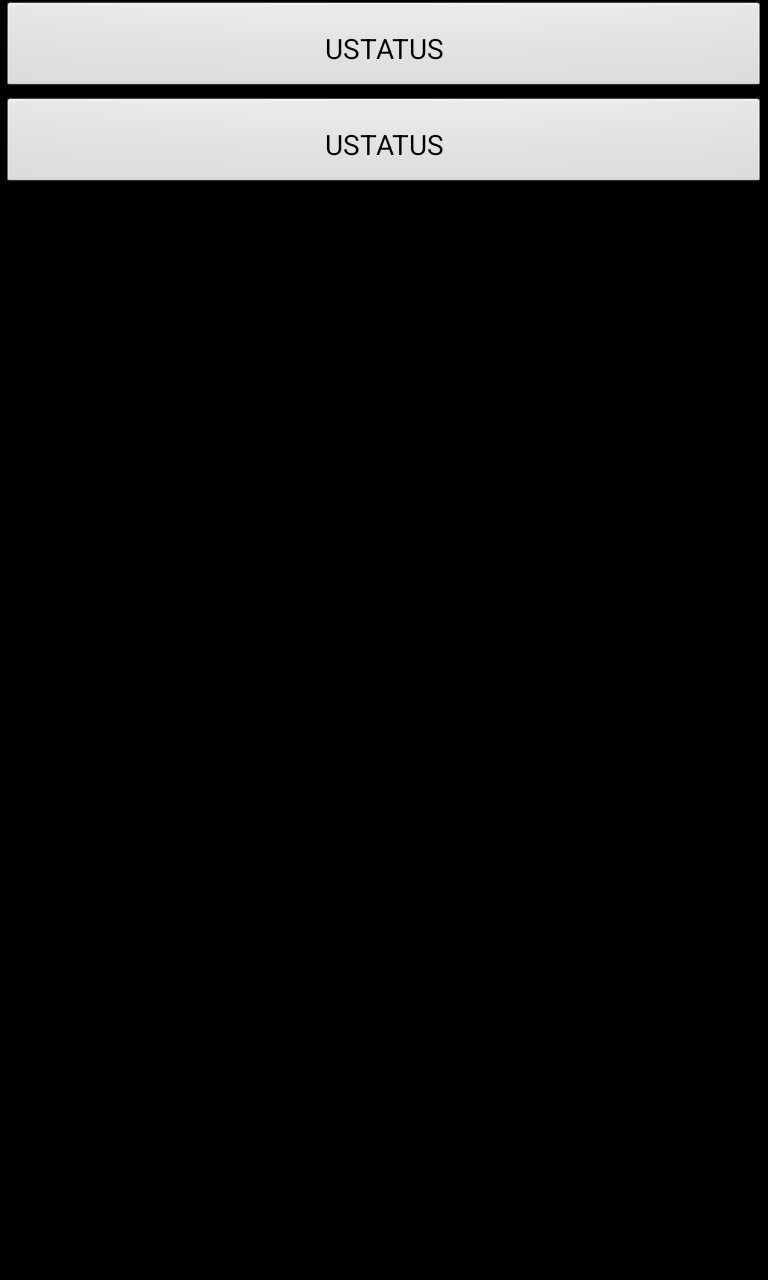
Repository: sergioenriquez/CSTE
Layout: HNAD/res/layout/devcmdtab.xml
An editor plug-in stored every save of this project. The layout is shown before and after the next save, followed by the edit.
It is drawn on a 768 x 1280 px phone screen (xhdpi) without system bars, with theme android:Theme.NoTitleBar; the app's code is not run.

Above is the layout before, as saved 2011-12-19 06:47:28.

After the next save:
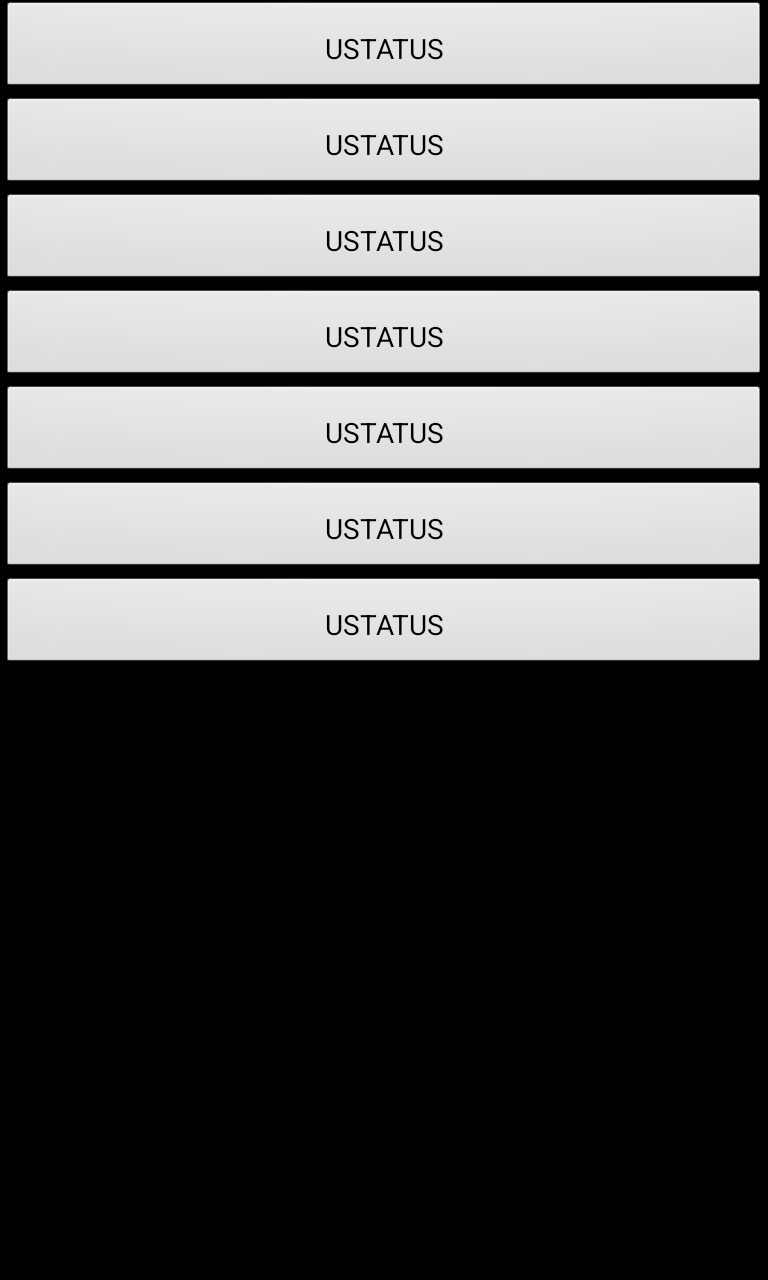
Saved 5 s later.
--- a/HNAD/res/layout/devcmdtab.xml
+++ b/HNAD/res/layout/devcmdtab.xml
@@ -18,5 +18,40 @@
        android:layout_gravity="right"
        android:padding="12dp"
        android:gravity="center" />
+    <Button
+       android:text="USTATUS"
+       android:layout_height="wrap_content"
+       android:layout_width="match_parent"
+       android:layout_gravity="right"
+       android:padding="12dp"
+       android:gravity="center" />
+    <Button
+       android:text="USTATUS"
+       android:layout_height="wrap_content"
+       android:layout_width="match_parent"
+       android:layout_gravity="right"
+       android:padding="12dp"
+       android:gravity="center" />
+    <Button
+       android:text="USTATUS"
+       android:layout_height="wrap_content"
+       android:layout_width="match_parent"
+       android:layout_gravity="right"
+       android:padding="12dp"
+       android:gravity="center" />
+    <Button
+       android:text="USTATUS"
+       android:layout_height="wrap_content"
+       android:layout_width="match_parent"
+       android:layout_gravity="right"
+       android:padding="12dp"
+       android:gravity="center" />
+    <Button
+       android:text="USTATUS"
+       android:layout_height="wrap_content"
+       android:layout_width="match_parent"
+       android:layout_gravity="right"
+       android:padding="12dp"
+       android:gravity="center" />
 
 </LinearLayout>
